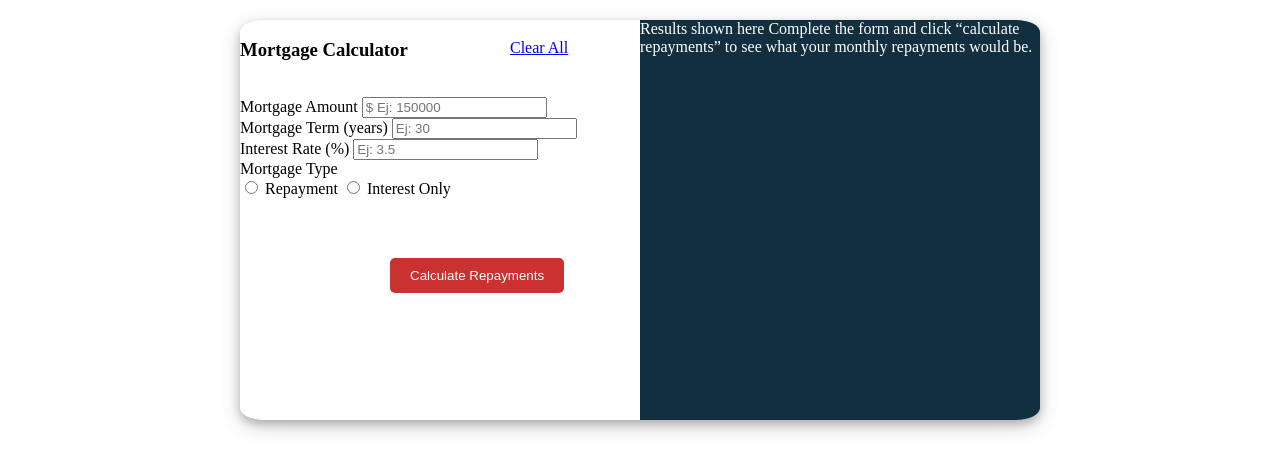
Repository: GravielPV/Mortgage-repayment-calculator
Page: index.html
These files come from the project's save history. The page is drawn as it stood at one moment and after the next save; the edit follows.
The browser window is 1280 px wide. The pictures show the whole page.

Above is the page before, as saved 2025-12-11 17:10:47.

After the next save:
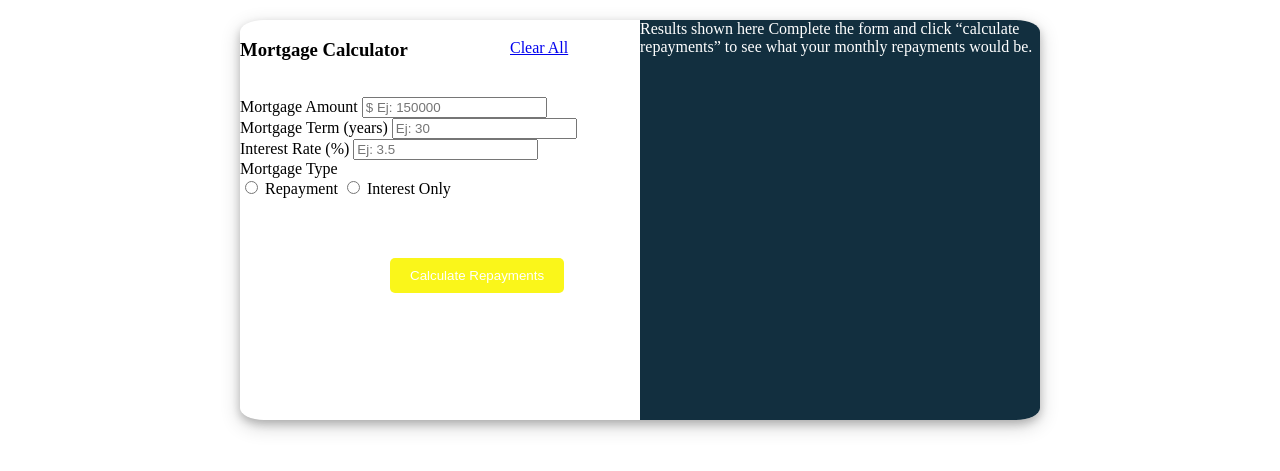
Saved 11 s later.
--- a/styles.css
+++ b/styles.css
@@ -43,7 +43,7 @@ a{
         top: 60px;
         left: 150px;
         padding: 10px 20px;
-        background-color: rgb(202, 49, 49);
+        background-color: rgb(250, 246, 26);
         border: none;
         color: white;
         border-radius: 5px;
